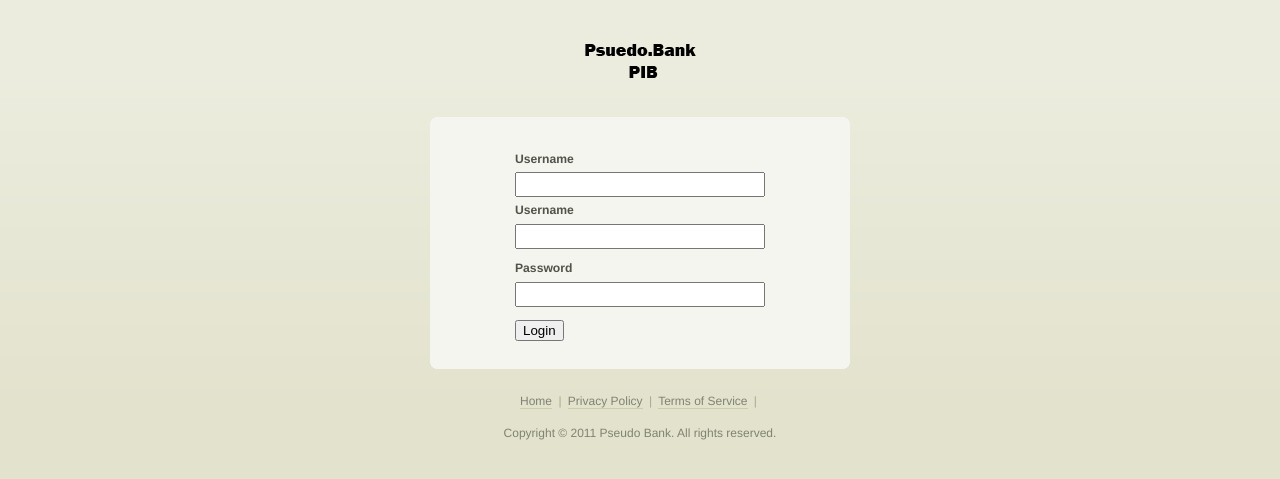
Repository: hareth12/Final-Year-Project
Page: http://localhost/pibChinese/Login/loginFail.jsp
These files come from the project's save history. The page is drawn as it stood at one moment and after the next save; the edit follows.
The browser window is 1280 px wide. The pictures show the whole page.
The page is served by Tomcat 9. Other server files are loaded and not shown.

Above is the page before, as saved 2011-09-22 17:46:16.

### pibChinese/WebContent/Login/loginFail.jsp
<!DOCTYPE html PUBLIC "-//W3C//DTD XHTML 1.0 Strict//EN" "http://www.w3.org/TR/xhtml1/DTD/xhtml1-strict.dtd">
<html xmlns="http://www.w3.org/1999/xhtml">
    <head>
        <meta http-equiv="Content-Type" content="text/html; charset=UTF-8" />
        <title>Pseudo Bank Login</title>

<link rel="stylesheet" type="text/css" href="/pib/asset/login/home.css"/>
</head>
    <body class="small login">
        <div id="wrapper">
    <div id="header"><h1><a href="/">Pseudo Bank PIB</a></h1></div>
    <div class="container">
        <div id="topcorners"><div class="cleft"></div><div class="cright"></div></div>
        <div id="content">






                <form name="f_0_11_1_3_1" method="post" action="/pib/LoginAction">
                    <table class="login" style="margin-left: auto; margin-right: auto;">
                        <tr>
                            <td><p class="mtop0 mbottom025"><strong><label for="email">Username</label></strong></p><input id="userName" tabindex="1" class="inputtext" type="userName" name="userName" /></td>
                        </tr>
                        <tr>
                            <td><p class="mtop0 mbottom025"><strong><label for="email">Username</label></strong></p><input id="userName" tabindex="1" class="inputtext" type="userName" name="userName" /></td>
                        </tr>
                        <tr>
                            <td><p class="mtop05 mbottom025"><strong><label for="password">Password</label></strong></p><input tabindex="2" class="inputtext" type="password" name="passWord" id="passWord" /></td>
                        </tr>



                        <tr>
                            <td style="padding-top: 10px;"><input class="bprimarypub80" type="submit" tabindex="4" value="Login" /></td>
                        </tr>
                    </table>
                </form>


        </div>
        <div id="bottomcorners"><div class="cleft"></div><div class="cright"></div></div>
    </div>
</div>
        <div id="footer">
    <p>
        <a href="#">Home</a> <span>|</span>
        <a href="#">Privacy Policy</a> <span>|</span>
        <a href="#">Terms of Service</a> <span>|</span>

    </p>
    <p>Copyright &copy; 2011 Pseudo Bank. All rights reserved.</p>
</div>

    </body>
</html>

Loaded but not shown: pibChinese/WebContent/asset/login/home.css (1985 lines, source omitted)

After the next save:
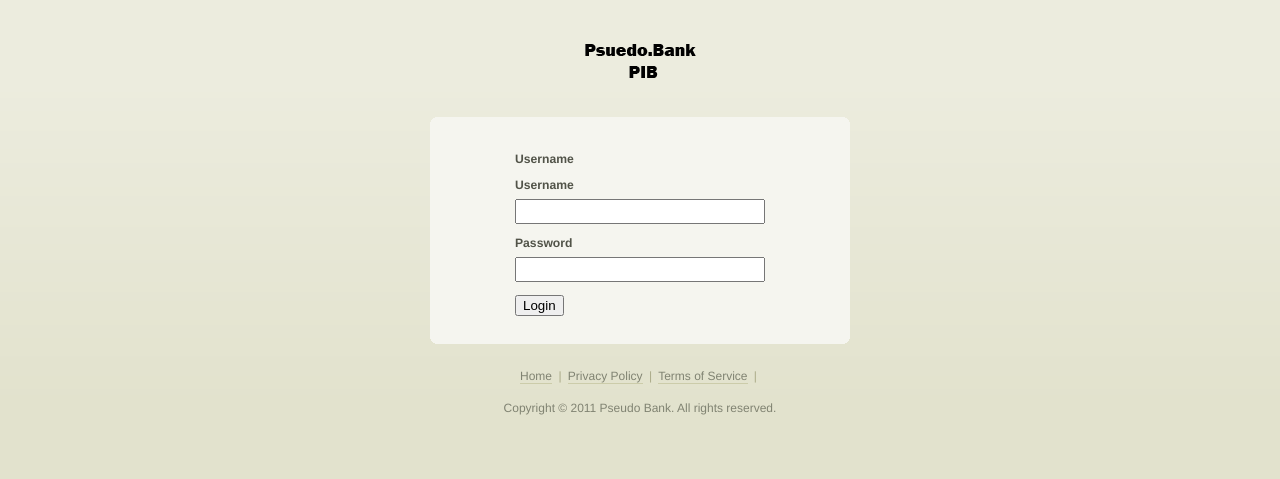
Saved 10 s later.
--- a/pibChinese/WebContent/Login/loginFail.jsp
+++ b/pibChinese/WebContent/Login/loginFail.jsp
@@ -21,7 +21,7 @@
                 <form name="f_0_11_1_3_1" method="post" action="/pib/LoginAction">
                     <table class="login" style="margin-left: auto; margin-right: auto;">
                         <tr>
-                            <td><p class="mtop0 mbottom025"><strong><label for="email">Username</label></strong></p><input id="userName" tabindex="1" class="inputtext" type="userName" name="userName" /></td>
+                            <td><p class="mtop0 mbottom025"><strong><label for="email">Username</label></strong></p></td>
                         </tr>
                         <tr>
                             <td><p class="mtop0 mbottom025"><strong><label for="email">Username</label></strong></p><input id="userName" tabindex="1" class="inputtext" type="userName" name="userName" /></td>
